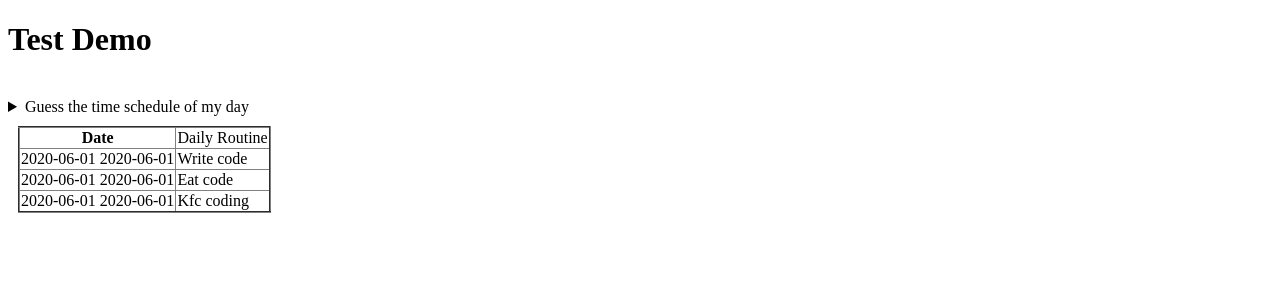
Repository: cavidk/taco_shop-web
Page: html basics/index.html
These files come from the project's save history. The page is drawn as it stood at one moment and after the next save; the edit follows.
The browser window is 1280 px wide. The pictures show the whole page.

Above is the page before, as saved 2024-06-07 15:49:15.

### html basics/index.html
<!DOCTYPE html>
<html lang="en">

<head>
   <meta charset="UTF-8">
   <meta name="viewport" content="width=device-width, initial-scale=1.0">
   <link rel="stylesheet" href="style.css" type="text/css">
   </link>
   <title>Document</title>
</head>

<body>
   <h1>Test Demo</h1>
   <br>
   <aside>
      <details>
         <summary>Guess the time schedule of my day</summary>
         <p>Details</p>

   </aside>


   <table border="2">


      <th>Date</th>
      <td colspan="2">Daily Routine</td>
      <tr id="border1">
         <td>
            <time datetime="2020-06-01">2020-06-01</time>
            <time datetime="11:00">2020-06-01</datetime>
         </td>
         <td>Write code</td>
      </tr>

      <tr>
         <td>
            <time datetime="2020-06-01">2020-06-01</time>
            <time datetime="11:00">2020-06-01</datetime>
         </td>
         <td>Eat code</td>
      </tr>

      <tr>
         <td>
            <time datetime="2020-06-01">2020-06-01</time>
            <time datetime="11:00">2020-06-01</datetime>
         </td>
         <td>Kfc coding</td>
      </tr>
   </table>

</body>

</html>

### html basics/style.css
table{
      width: 20%;
      border-collapse: collapse;
      margin: 10px;
      padding: 10px;;
      border-radius: 50px;
}

After the next save:
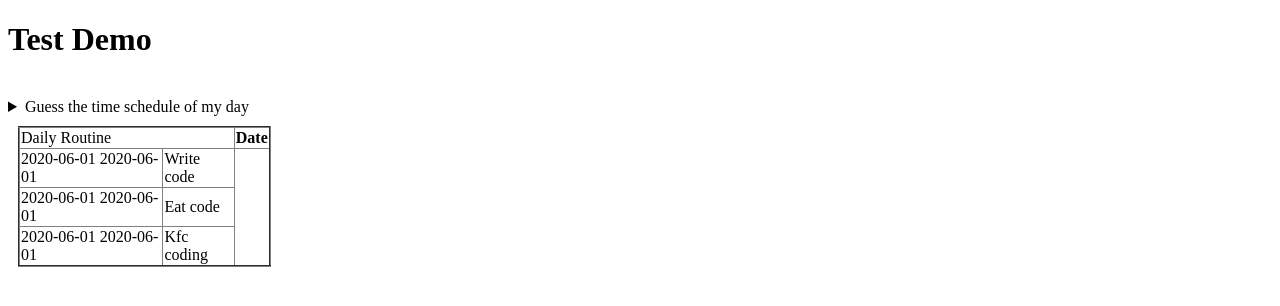
Saved 57 s later.
--- a/html basics/index.html
+++ b/html basics/index.html
@@ -22,9 +22,8 @@
 
    <table border="2">
 
-
+      <td colspan="32">Daily Routine</td>
       <th>Date</th>
-      <td colspan="2">Daily Routine</td>
       <tr id="border1">
          <td>
             <time datetime="2020-06-01">2020-06-01</time>
